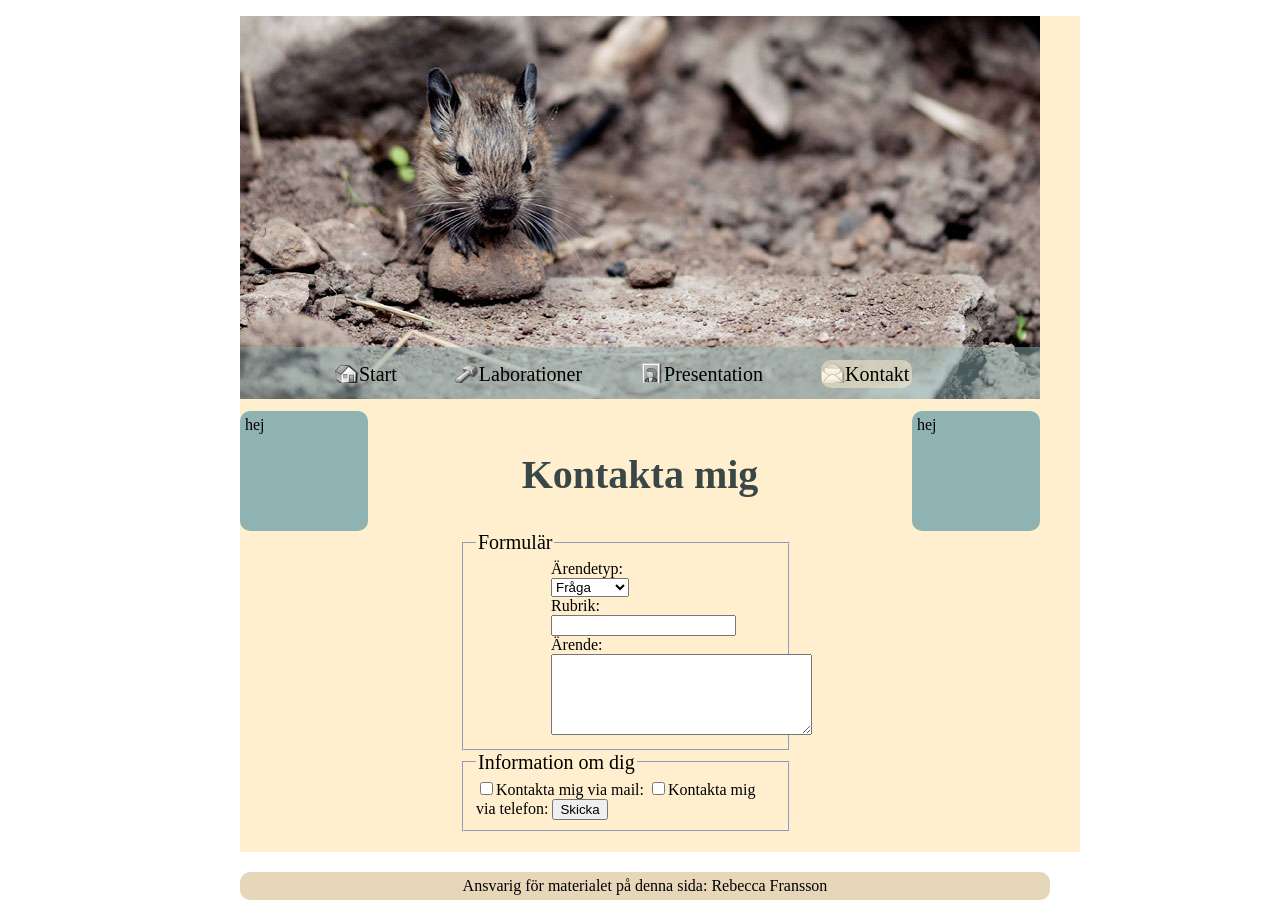
Repository: RebeccaFransson/Interfacedevelopment-1IK415
Page: pages/kontakt.html
The author's editor kept a record of every edit. The page is drawn from the files as they stood at one moment, then again after the next edit.
The browser window is 1280 px wide. The pictures show the whole page.

Above is the page before.

### pages/kontakt.html
<!DOCTYPE html>
<html>
 <head>
     <meta charset="utf-8" name="viewport" content="width=device-width, initial-scale=1.0" />
    <title>Kontakt</title>
     <link rel="stylesheet" href="../css/style.css" />
    <link rel="stylesheet" media="screen and (max-width:800px)" type="text/css" href="../css/min-style.css" />
 </head>
    <body>

   <div id="header">
        <p><img src="../Pictures/header.jpg" width="800" alt=""></p>

   </div>

   <div id="meny">
     <ul id="lista">
                <li id="start" class="meny-start">  <a href="../index.html">Start</a> </li>  <!-- ../ gör att jag kommer ut till mappen ovan.-->
                <li id="lab" class="meny-lab">      <a href="laborationer.html">Laborationer</a> </li>
                <li id="pres" class="meny-pres" >   <a href="presentation.html">Presentation</a> </li>
                <li id="kont" class="meny-kont">    <a class="active" href="kontakt.html">Kontakt</a> </li>
     </ul>
   </div>

   <div class="left pic">
     hej
    </div>
    <div class="right pic">
     hej
    </div>


   <div id="content">
   <h2>Kontakta mig</h2>
   <div class="form">
       <form name="form" method="post" action="http://voyager.lnu.se/tekinet/kurser/dtt/wp_webbintro/form.php">
         <fieldset style="width: 300px" >
          <legend>Formulär</legend>


         <!--Formuläret-->
        <div class="form">
           Ärendetyp: <select name="Ärendetyp">
          <option value="Fråga">Fråga</option>
          <option value="Klagomål">Klagomål</option>
         </select>
         </div>

         <div class="form">
            Rubrik: <input type="text" name="Rubrik">
            </div>

         <div class="form">
         Ärende: <textarea rows="5" cols="30"> </textarea>
        </fieldset>

        </div>

         <div class="form">
         <fieldset style="width: 300px" >
          <legend>Information om dig</legend>

           <input type="checkbox" name="kontakt" value="Mail">Kontakta mig via mail:
           <input type="checkbox" name="kontakt" value="Telefon">Kontakta mig via telefon:
           <input type="submit" value="Skicka">
          </fieldset>
          </div>

        </form>
   </div>
   </div>

   <div id="footer">
            Ansvarig för materialet på denna sida: Rebecca Fransson
   </div>

    </body>

     </html>

### css/style.css
body {

    width: 800px;
    margin:auto;

}

/*Här är min Header */
#header {

    background-color: #CCFFFF;
    height: auto;

}

#header img{
    float:left;
}

/*Här är min meny och länkarna */

#meny {
    background-color: RGBA(143, 178, 178, 0.5 );
    float: left;
    width: 800px;
    height:52px;
    position:relative;
    bottom:52px;
}


#meny li {
    margin-left:55px;
    list-style: none;
    float:left;


}
#meny a {
    padding:3px;
    text-decoration:none;
    font-size: 20px;
    padding-left:24px;

}
a:link {
    color: black;
}

a:visited {
    color: black;
}

a:hover {
    -webkit-border-radius: 10px;
    -moz-border-radius: 10px;
    border-radius: 10px;
    background-color: RGBA(255, 239, 206, 0.5 );

}

.active {
    -webkit-border-radius: 10px;
    -moz-border-radius: 10px;
    border-radius: 10px;
    background-color: RGBA(255, 239, 206, 0.5 );
}

/*Här är min Content med text */
#content{

    background-color:#FFEFCE;
    width: 800px;
    padding:20px;
    height:auto;

}
#content h2 {
    text-align:center;
    font-size:40px;
    color: #394747;
}

#content h3 {
    color: #52A3CC;
    font-size:20px;
    margin-left: 20px;
    margin-right: 20px;
    border-bottom: 2px solid #8FB2B2;

}

table {
    margin:auto;
}

.bildpamig{
    float:left;
    margin-top:60px;
    margin-right:10px;

}

.media{
    float:right;
}

.inlagg{
    margin-bottom:100px;
}

img p #content {
    float:none;
}

.signatur{
    float: right;
    font-style:oblique;
}


.pic{
    Background-color: #8FB2B2;
    width: 118px;
    height:110px;
    margin-top:-40px;
    -webkit-border-radius: 10px;
    -moz-border-radius: 10px;
    border-radius: 10px;
    padding: 5px;
}
.right{
    float:right;
}

.left{
    float:left;
}

#footer {

    Background-color: #E6D7B9;
    height:auto;
    width:800px;
    margin: 20px auto;
    text-align:center;
    -webkit-border-radius: 10px;
    -moz-border-radius: 10px;
    border-radius: 10px;
    padding: 5px;

}

/* Här kommer formulärets Css*/
.form {
    text-align:left;
    width: 50%;
    margin:auto;
}
.form fieldset {

}
#content legend {
    font-size: 20px;
}

.meny-start{
    height:20px;
    display:block;
    background-image: url('Pictures/sprite.png');
    background-repeat:no-repeat;
    background-origin:content-box;

}
#start{
    background-position: 0 -48px;


}
#start:hover{
    background-position: 0 0;
}



.meny-lab{
    height:20px;
    display:block;
    background-image: url('Pictures/sprite.png');
    background-repeat:no-repeat;
    background-origin:content-box;
}

#lab{
    background-position: 0 -144px;
}
#lab:hover{
    background-position: 0 -96px;
}


.meny-pres{
    height:20px;
    display:block;
    background-image: url('Pictures/sprite.png');
    float:left;
    background-repeat:no-repeat;
    background-origin:content-box;
}
#pres{
    background-position: 0 -240px;
}
#pres:hover{
    background-position: 0 -192px;
}

.meny-kont{
    height:20px;
    display:block;
    background-image: url('Pictures/sprite.png');
    float:left;
    background-repeat:no-repeat;
    background-origin:content-box;
}
#kont{
    background-position: 0 -336px;
}
#kont:hover{
    background-position: 0 -288px;
}

/*Mina bakgrundsfärger:
Header:#CCFFFF
Content:#FFEFCE
Footer:#E6D7B9
*/

@media print{
    #meny{
        display:none;
    }

    .pic{
        display:none;
    }
    #header {
        display:none;
    }
    #content {
        width:100%;
    }
    body {
        float:left;
    }

    #footer{
        display:none;
    }
    a:after{
        content: " ["attr(href) "]";
    }
}

### css/min-style.css
    body{
        max-width:100%;

    }
    #header{
        max-width:100%;
    }

    img, video {
        max-width:100%;
    }
    #lista{
        padding:0;
    }

    #meny{
        max-width:100%;
        height: auto;
        position:relative;
        bottom:52px;
    }

    #meny li {
        margin-left:55px;
        height: auto;
        margin-bottom:14px;
    }
    #meny a {
    font-size: 20px;
    margin-bottom:2px;
    }

    #content{
        padding-top:150px;
        max-width:100%;
        margin-left:0;
        width: auto;
    }

    #content h2 {
    margin-top:0;
    }

    #content h3 {

    font-size:18px;
    }



    #footer{
        max-width:100%;
    }

After the next edit:
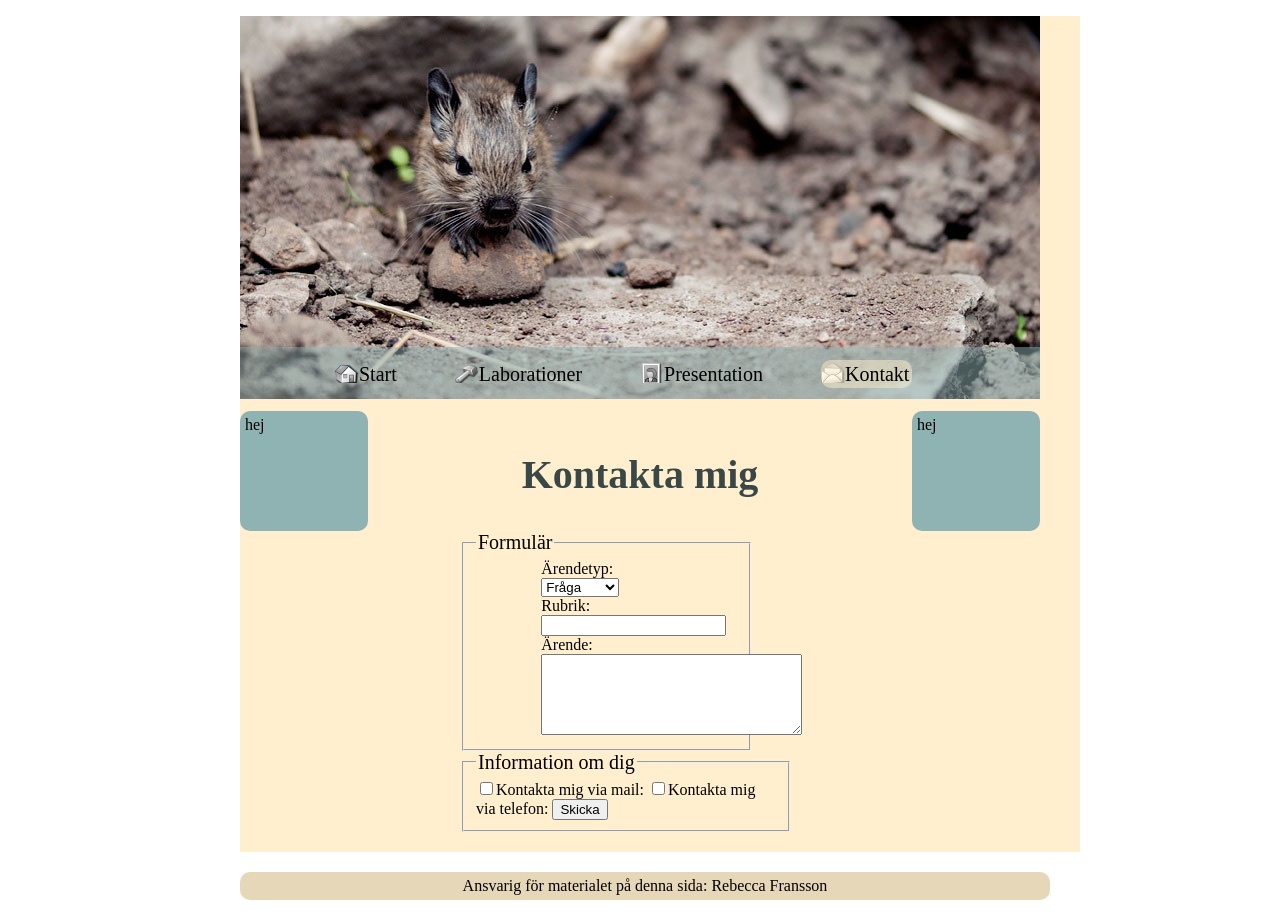
The edit:
--- a/pages/kontakt.html
+++ b/pages/kontakt.html
@@ -34,7 +34,7 @@
    <h2>Kontakta mig</h2>
    <div class="form">
        <form name="form" method="post" action="http://voyager.lnu.se/tekinet/kurser/dtt/wp_webbintro/form.php">
-         <fieldset style="width: 300px" >
+         <fieldset style="width: 250px" >
           <legend>Formulär</legend>
 
 
